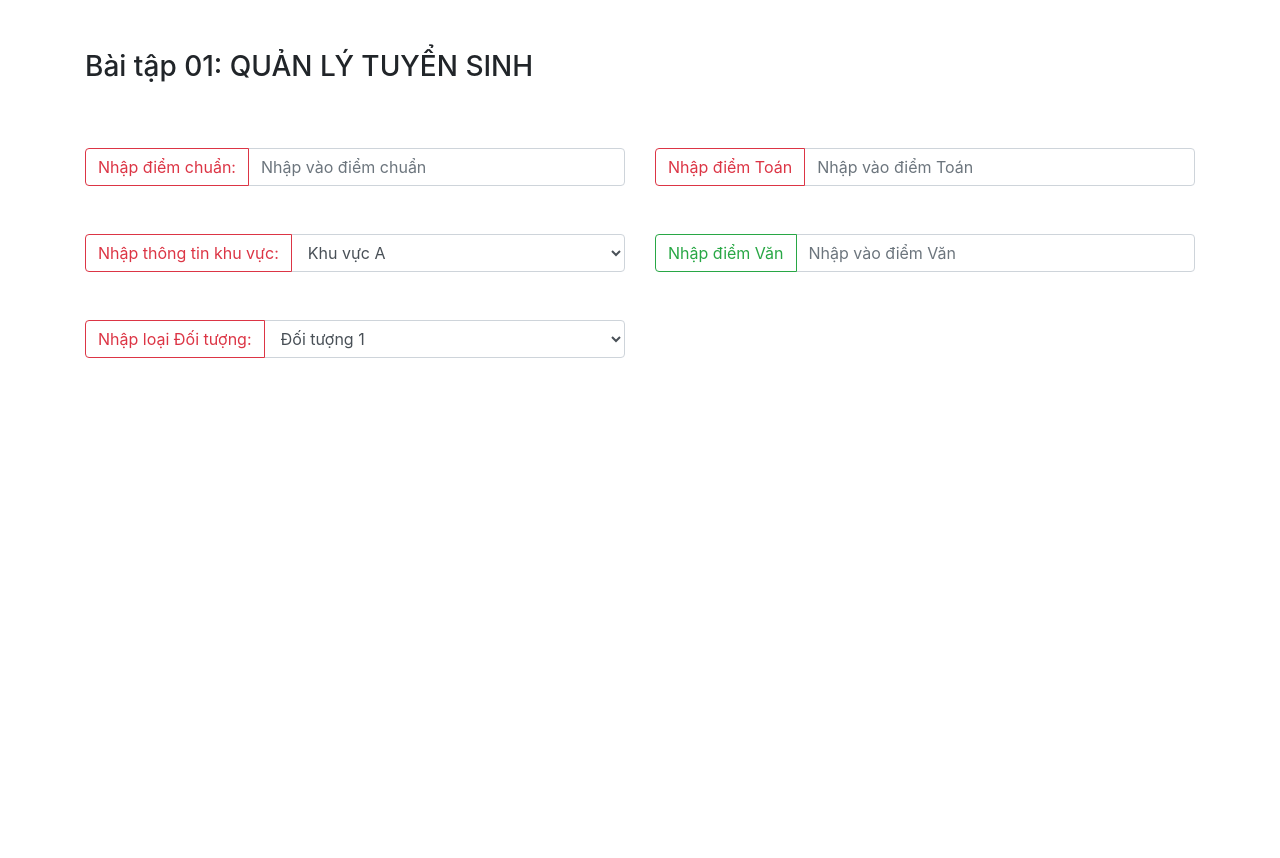
Repository: ducdatit2002/javascript-tinh-day15
Page: index.html
These files come from the project's save history. The page is drawn as it stood at one moment and after a run of saves; the edit follows.
The browser window is 1280 px wide. The pictures show the whole page.

Above is the page before, as saved 2023-08-20 12:44:52.

### index.html
<!DOCTYPE html>
<html lang="en">
  <head>
    <title>HOMEWORK BUỔI 15 - JAVASCRIPT</title>
    <!-- Required meta tags -->
    <meta charset="utf-8" />
    <meta
      name="viewport"
      content="width=device-width, initial-scale=1, shrink-to-fit=no"
    />

    <!-- Bootstrap CSS -->
    <link
      rel="stylesheet"
      href="https://stackpath.bootstrapcdn.com/bootstrap/4.3.1/css/bootstrap.min.css"
      integrity="sha384-ggOyR0iXCbMQv3Xipma34MD+dH/1fQ784/j6cY/iJTQUOhcWr7x9JvoRxT2MZw1T"
      crossorigin="anonymous"
    />
  </head>
  <body>
    <div class="container" style="margin-bottom: 500px; margin-top: 50px">
      <div class="baiTap1">
        <h3>Bài tập 01: QUẢN LÝ TUYỂN SINH</h3>
        <div class="row mt-3">
          <div class="col-6">
            <div class="input-group mt-5">
              <div class="input-group-prepend">
                <button class="btn btn-outline-danger">Nhập điểm chuẩn:</button>
              </div>
              <input
                type="text"
                class="form-control"
                id="diemChuan"
                placeholder="Nhập vào điểm chuẩn"
              />
            </div>
            <div class="input-group mt-5">
              <div class="input-group-prepend">
                <button class="btn btn-outline-danger">Nhập thông tin khu vực:</button>
              </div>
              <select id="khuVuc" class="form-control">
                <option value="2">Khu vực A</option>
                <option value="1">Khu vực B</option>
                <option value="0.5">Khu vực C</option>
              </select>
            </div>
            <div class="input-group mt-5">
              <div class="input-group-prepend">
                <button class="btn btn-outline-danger">Nhập loại Đối tượng:</button>
              </div>
              <select id="doiTuong" class="form-control">
                <option value="2.5">Đối tượng 1</option>
                <option value="1.5">Đối tượng 2</option>
                <option value="1">Đối tượng 3</option>
              </select>
            </div>
          </div>
          <div class="col-6">
            <div class="input-group mt-5">
              <div class="input-group-prepend">
                <button class="btn btn-outline-danger">Nhập điểm Toán</button>
              </div>
              <input
                type="text"
                class="form-control"
                id="diemToan"
                placeholder="Nhập vào điểm Toán"
              />
            </div>
             <div class="input-group mt-5">
              <div class="input-group-prepend">
                <button class="btn btn-outline-success">Nhập điểm Văn</button>
              </div>
              <input
                type="text"
                class="form-control"
                id="diemVan"
                placeholder="Nhập vào điểm Văn"
              />
            </div>
          </div>
        </div>
      </div>
    </div>
    <!-- Optional JavaScript -->
    <!-- jQuery first, then Popper.js, then Bootstrap JS -->
    <script
      src="https://code.jquery.com/jquery-3.3.1.slim.min.js"
      integrity="sha384-q8i/X+965DzO0rT7abK41JStQIAqVgRVzpbzo5smXKp4YfRvH+8abtTE1Pi6jizo"
      crossorigin="anonymous"
    ></script>
    <script
      src="https://cdnjs.cloudflare.com/ajax/libs/popper.js/1.14.7/umd/popper.min.js"
      integrity="sha384-UO2eT0CpHqdSJQ6hJty5KVphtPhzWj9WO1clHTMGa3JDZwrnQq4sF86dIHNDz0W1"
      crossorigin="anonymous"
    ></script>
    <script
      src="https://stackpath.bootstrapcdn.com/bootstrap/4.3.1/js/bootstrap.min.js"
      integrity="sha384-JjSmVgyd0p3pXB1rRibZUAYoIIy6OrQ6VrjIEaFf/nJGzIxFDsf4x0xIM+B07jRM"
      crossorigin="anonymous"
    ></script>
    <script src="./index.js"></script>
  </body>
</html>

Loaded but not shown: index.js (no copy from this time; the picture is the same without it)

After the next 3 saves:
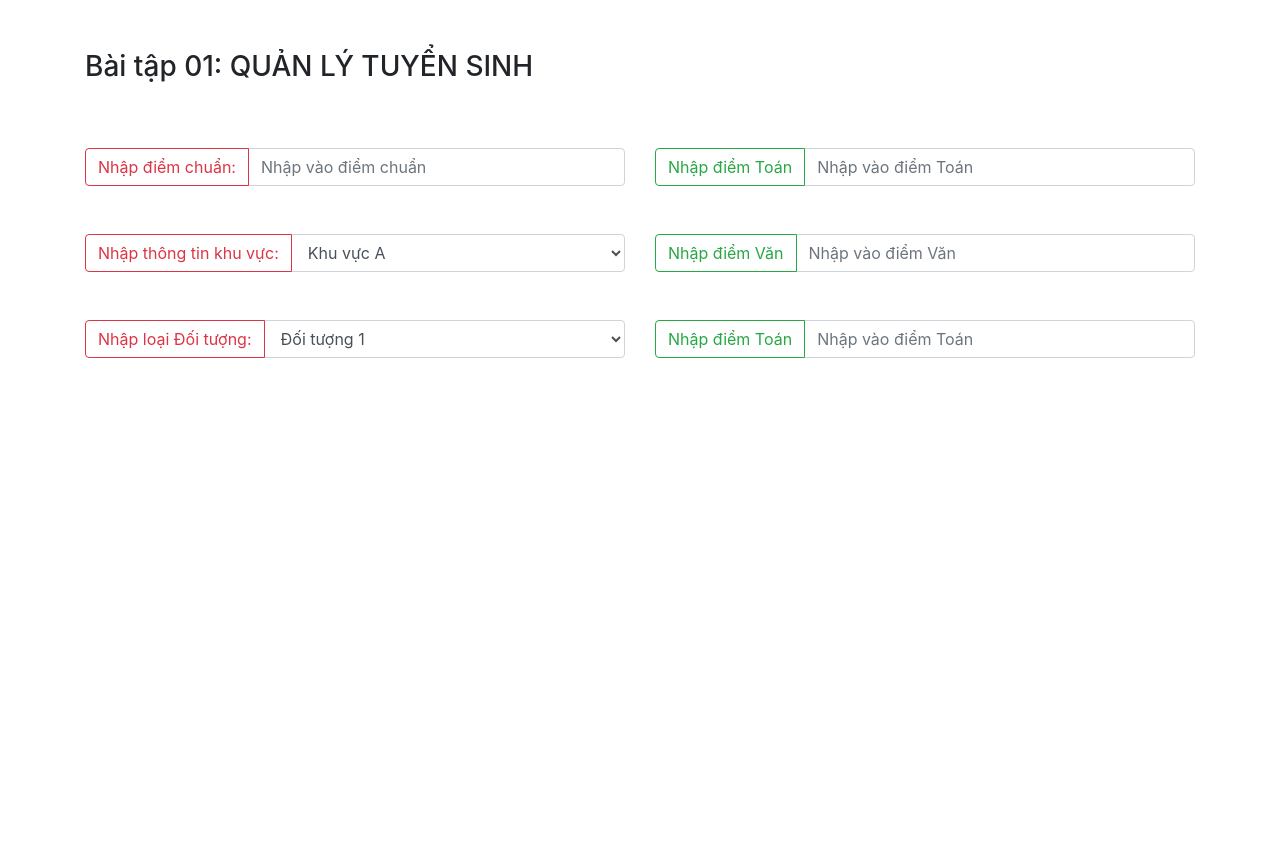
The 3 saves are shown as one change because they came seconds apart.
The last was saved 18 s later.
--- a/index.html
+++ b/index.html
@@ -58,7 +58,7 @@
           <div class="col-6">
             <div class="input-group mt-5">
               <div class="input-group-prepend">
-                <button class="btn btn-outline-danger">Nhập điểm Toán</button>
+                <button class="btn btn-outline-success">Nhập điểm Toán</button>
               </div>
               <input
                 type="text"
@@ -76,6 +76,17 @@
                 class="form-control"
                 id="diemVan"
                 placeholder="Nhập vào điểm Văn"
+              />
+            </div>
+             <div class="input-group mt-5">
+              <div class="input-group-prepend">
+                <button class="btn btn-outline-success">Nhập điểm Toán</button>
+              </div>
+              <input
+                type="text"
+                class="form-control"
+                id="diemToan"
+                placeholder="Nhập vào điểm Toán"
               />
             </div>
           </div>
